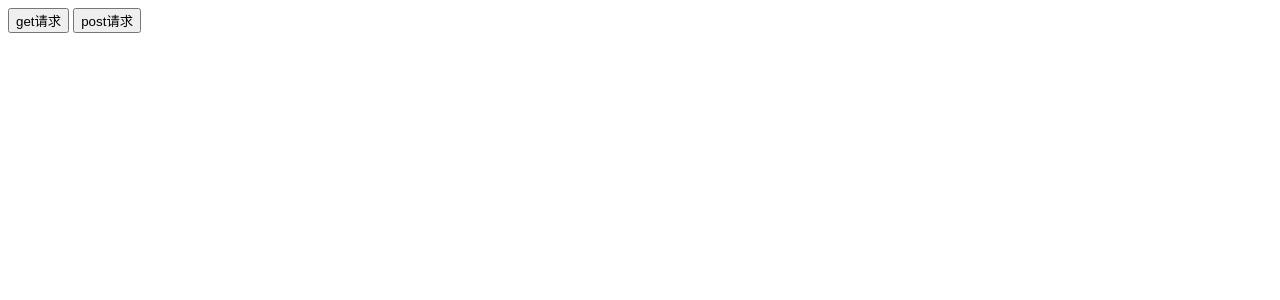
Repository: Devonzhang/FrontEnd
Page: VueStudyDay2/05vue-resource基本使用.html
The author's editor kept a copy of each file at every save. The page is drawn from the files as they stood at one save, then again after the next save.
The browser window is 1280 px wide. The pictures show the whole page.

Above is the page before, as saved 2021-02-01 15:28:41.

### VueStudyDay2/05vue-resource基本使用.html
<!DOCTYPE html>
<html lang="en">

<head>
    <meta charset="UTF-8">
    <meta name="viewport" content="width=device-width, initial-scale=1.0">
    <title>Document</title>
    <script src="lib/vue.js"></script>
    <!-- vue-resource依赖于vue，所以先后顺序要注意 -->
    <!-- this.$http.get -->
    <script src="lib/vue-resource.js"></script>
</head>

<body>
    <div id="app">
        <input type="button" value="get请求" @click="getInfo">
        <input type="button" value="post请求" @click="postInfo">

    </div>

    <script>
        var vm = new Vue({
            el: '#app',
            data: {

            },
            methods: {
                getInfo() {
                    //发起get请求，通过.then设置成功的回调函数
                    this.$http.get('https://cn.vuejs.org/v2/guide/').then(function(result) {
                            console.log(result.body)
                        })
                        // 通过result.body拿到服务器返回成功的数据


                },

                postInfo() {
                    // 手动发起的post请求默认没有表单格式，所以有的服务器无法处理
                    this.$http.post('http://vue.studyit.io/api/post', {}, {
                        emulateJSON: true
                    }).then(result => {
                        console.log(result.body)
                    })
                }

            }
        })
    </script>

</body>

</html>

Loaded but not shown: VueStudyDay2/lib/vue.js (library); VueStudyDay2/lib/vue-resource.js (library)

After the next save:
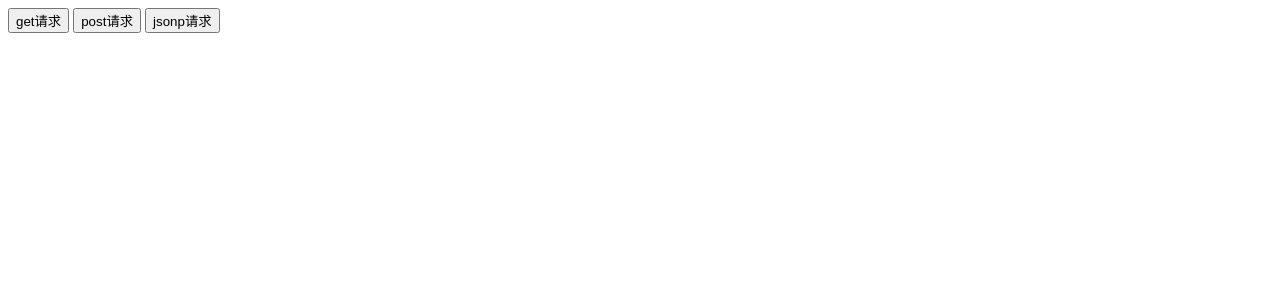
Saved 83 s later.
--- a/VueStudyDay2/05vue-resource基本使用.html
+++ b/VueStudyDay2/05vue-resource基本使用.html
@@ -15,6 +15,8 @@
     <div id="app">
         <input type="button" value="get请求" @click="getInfo">
         <input type="button" value="post请求" @click="postInfo">
+
+        <input type="button" value="jsonp请求" @click="jsonpInfo">
 
     </div>
 
@@ -42,6 +44,9 @@
                     }).then(result => {
                         console.log(result.body)
                     })
+                },
+                jsonpInfo() {
+
                 }
 
             }
